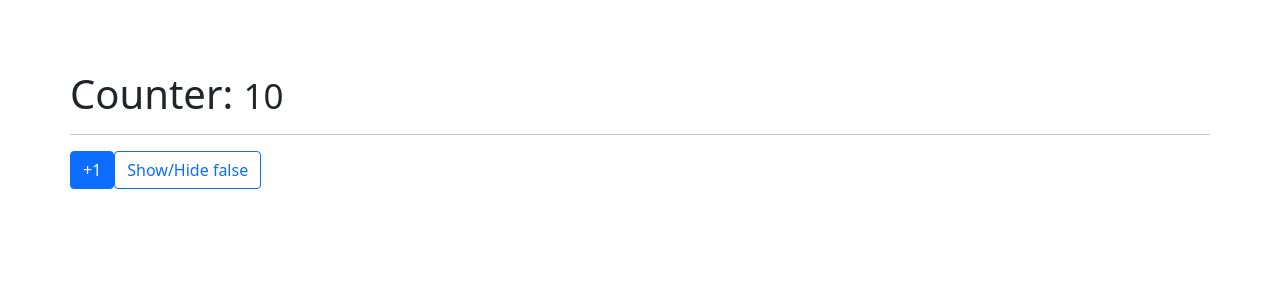
Repository: ppfeliuu/hooks-app
Page: /
The author's editor kept a copy of each file at every save. The page is drawn from the files as they stood at one save, then again after the next save.
The browser window is 1280 px wide. The pictures show the whole page.
The project was rebuilt for these pictures with package versions that can differ from the ones it lists, and the page was loaded fresh each time.

Above is the page before, as saved 2021-05-29 23:20:12.

After the next save:
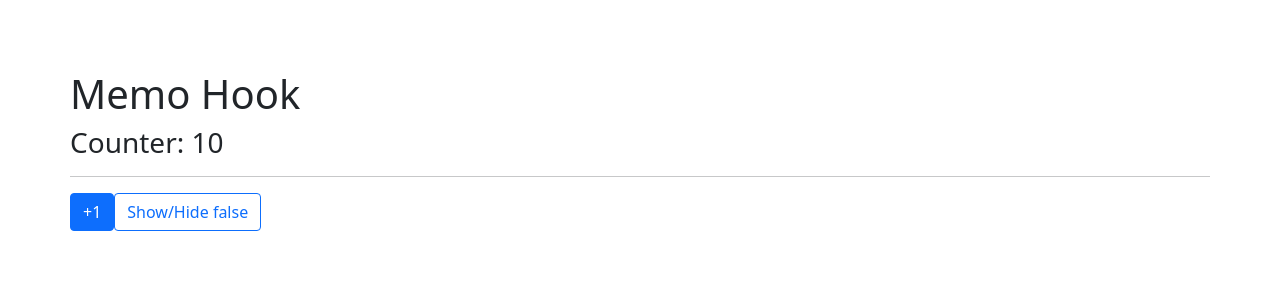
Saved 14 s later.
--- a/src/index.js
+++ b/src/index.js
@@ -1,5 +1,6 @@
 import React from "react";
 import ReactDOM from "react-dom";
+import { MemoHook } from "./components/06-memos/MemoHooks";
 // import { CounterApp } from "./components/01-useState/CounterApp";
 // import { CounterWithCustomHook } from "./components/01-useState/CounterWithCustomHook";
 // import { FormWithCustomHook } from "./components/02-useEffect/FormWithCustomHook";
@@ -9,6 +10,6 @@ import ReactDOM from "react-dom";
 // import { LayoutEffects } from "./components/05-useLayoutEffect/LayoutEffect";
 // import { MultipleCustomHooks } from "./components/examples/MultipleCustomHooks";
 // import { HookApp } from "./HookApp";
-import { Memorize } from "./components/06-memos/Memorize";
+// import { Memorize } from "./components/06-memos/Memorize";
 
-ReactDOM.render(<Memorize />, document.getElementById("root"));
+ReactDOM.render(<MemoHook />, document.getElementById("root"));
